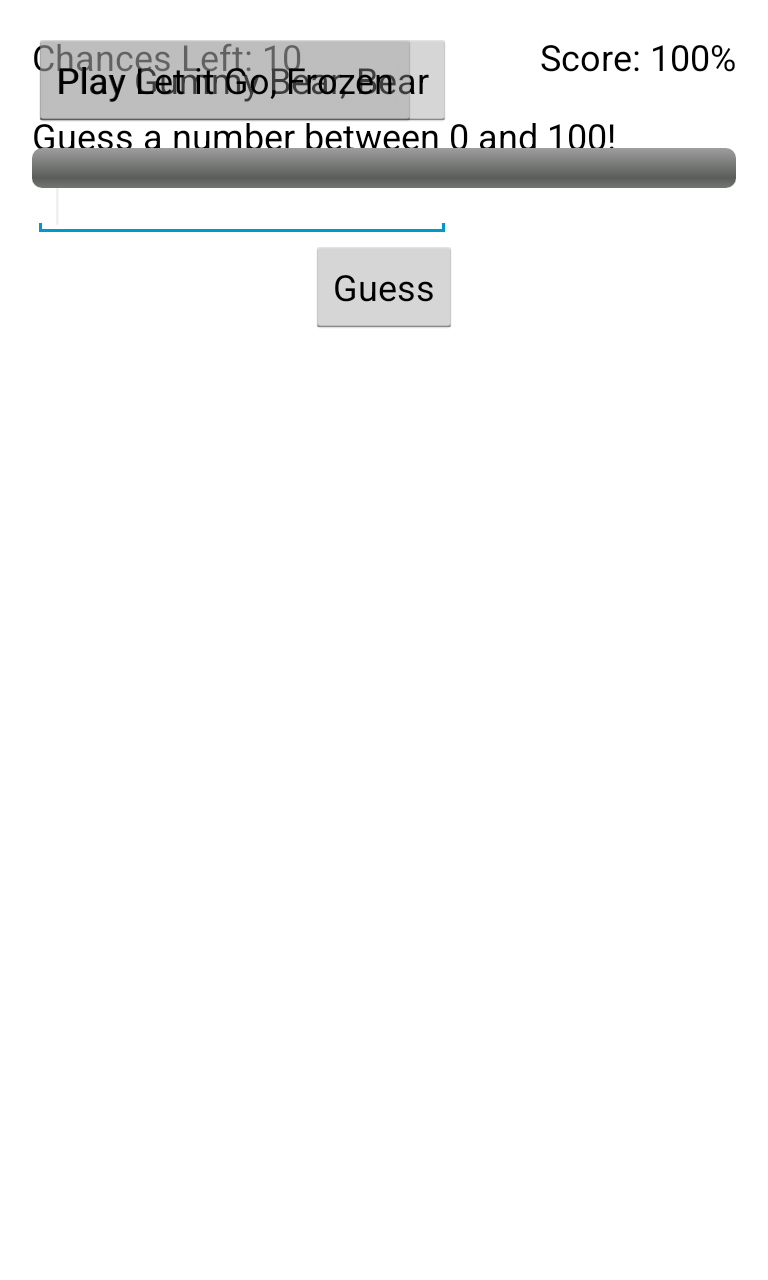
Repository: lethe13/AndroidProgramming
Layout: COMP304-Group1-MicroProject4/res/layout/activity_ggplay_music_progress_bar.xml
The author's editor kept a copy of each file at every save. The layout is drawn from the files as they stood at one save, then again after the next save.
It is drawn on a 768 x 1280 px phone screen (xhdpi) without system bars, with theme AppTheme; the app's code is not run.

Above is the layout before, as saved 2015-11-04 02:12:59.

After the next save:
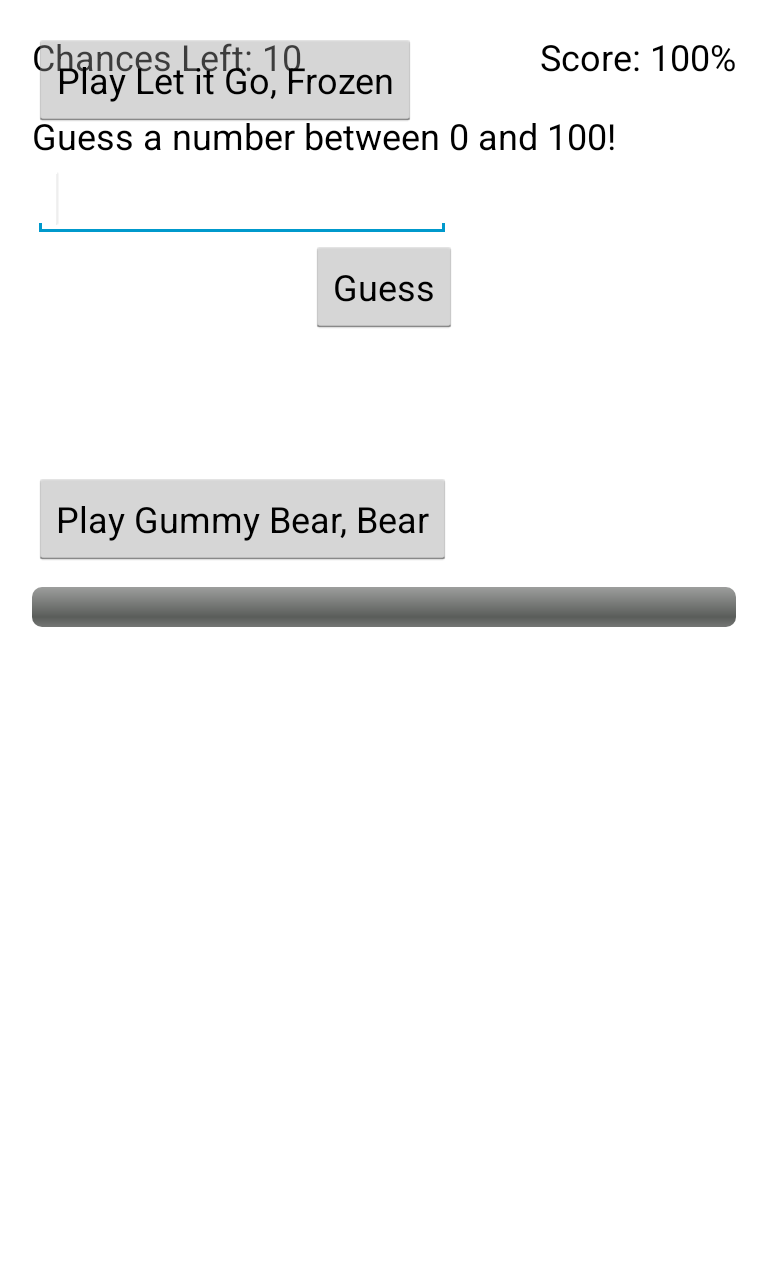
Saved 104 s later.
--- a/COMP304-Group1-MicroProject4/res/layout/activity_ggplay_music_progress_bar.xml
+++ b/COMP304-Group1-MicroProject4/res/layout/activity_ggplay_music_progress_bar.xml
@@ -72,7 +72,7 @@
         android:id="@+id/btnBear"
         android:layout_width="wrap_content"
         android:layout_height="wrap_content"
-        android:layout_below="@+id/txtSongLength"
+        android:layout_below="@+id/lblSongLength"
         android:onClick="songClick"
         android:text="Play Gummy Bear, Bear" />
 
